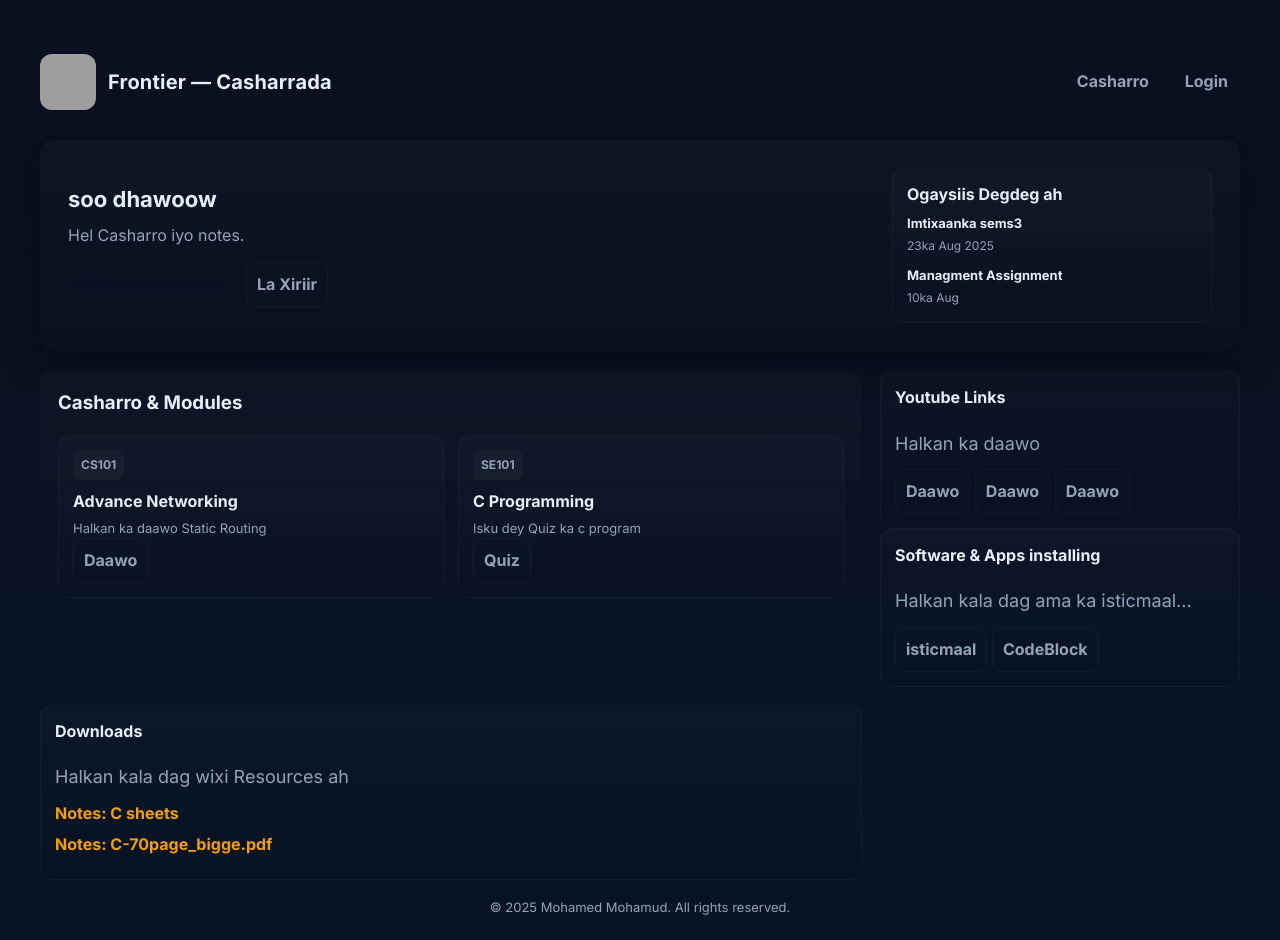
Repository: mrfiiqane/Al-Tacaawun.com
Page: index.html
An editor plug-in stored every save of this project. The page is shown before and after the next save, followed by the edit.
The browser window is 1280 px wide. The pictures show the whole page.
Pictures or frames that could not be fetched are drawn as grey boxes.

Above is the page before, as saved 2025-08-12 09:02:39.

### index.html
<!doctype html>
<html lang="en">
<head>
  <meta charset="utf-8" />
  <meta name="viewport" content="width=device-width,initial-scale=1" />
  <title>Jaamacadda — Casharrada</title>
  <link rel="stylesheet" href="./style.css">

  <!-- Google Font (optional) -->
  <link href="https://fonts.googleapis.com/css2?family=Inter:wght@300;400;600;700&display=swap" rel="stylesheet">

</head>
<body>
  <div class="wrap">

    <header>
      <div class="brand">
        <div class="logo"></div>
        <div>
          <h1 class="site-title">Frontier — Casharrada</h1>
        </div>
      </div>

      <nav aria-label="Primary">
        <a href="#courses">Casharro</a>
        <a href="./Singin.html">Login</a>
      </nav>
    </header>

    <section class="hero">
      <div class="hero-left">

        <h2>soo dhawoow</h2>
        <p>Hel Casharro iyo notes.</p>

        <div class="cta-row">
          <a class="btn" href="#courses">Daawo Casharrada</a>
          <a class="btn secondary" href="#contact">La Xiriir</a>
        </div>
      </div>

      <div class="hero-right card">
        <h4 style="margin:0 0 8px 0">Ogaysiis Degdeg ah</h4>
        <ul class="ann-list">
          <li class="ann"><div><b>Imtixaanka sems3</b><small> 23ka Aug 2025</small></div></li>
          <li class="ann"><div><b>Managment Assignment</b><small> 10ka Aug</small></div></li>
        </ul>
      </div>
    </section>

    <div class="grid">
      <main>
        <!-- Courses -->
        <div id="courses" class="section">
          <h3 style="margin-top:0">Casharro & Modules</h3>
          <div class="courses">
            <article class="course">
              <span class="code">CS101</span>
              <h3>Advance Networking</h3>
              <p>Halkan ka daawo Static Routing</p>
              <a class="btn secondary" href="https://youtu.be/i_kWL7zncr0?si=UCBDJ3CswC6rXT9E" >Daawo</a>
            </article>
            <article class="course">
              <span class="code">SE101</span>
              <h3>C Programming</h3>
              <p>Isku dey Quiz ka c program</p>
              <a class="btn secondary" href="https://quiz-with-c.vercel.app/" >Quiz</a>
            </article>



          </div>
        </div>



      </main>

      <!-- Sidebar -->
      <aside>
        <div class="card">
          <h4 style="margin-top:0">Youtube Links</h4>
          <p class="site-sub">Halkan ka daawo</p>
          <ul style="margin:12px 0 0 0; padding:0; list-style:none;">
            <a class="btn secondary" href="https://youtu.be/eYBJgoVVvV4" >Daawo</a>
            <a class="btn secondary" href="https://youtu.be/OuTGAZUUJFI" >Daawo</a>
            <a class="btn secondary" href="https://youtu.be/sqkx3KoNXKo" >Daawo</a>
          </ul>
        </div>
        <div class="card">
          <h4 style="margin-top:0">Software & Apps installing</h4>
          <p class="site-sub">Halkan kala dag ama ka isticmaal...</p>
          <ul style="margin:12px 0 0 0; padding:0; list-style:none;">
            <a class="btn secondary" href="https://www.programiz.com/c-programming/online-compiler/" >isticmaal</a>
            <a class="btn secondary" href="https://sourceforge.net/projects/codeblocks/files/Binaries/25.03/Windows/codeblocks-25.03mingw-setup.exe/download" >CodeBlock</a>

          </ul>
        </div>

      </aside>
      <aside>
        <div class="card">
          <h4 style="margin-top:0">Downloads</h4>
          <p class="site-sub">Halkan kala dag wixi Resources ah</p>
          <ul style="margin:12px 0 0 0; padding:0; list-style:none;">
            <li style="margin-bottom:8px"><a href="./images/cheat_sheet_c.pdf" download="" style="color:var(--accent); text-decoration:none; font-weight:700">Notes: C sheets</a></li>
            <li style="margin-bottom:8px"><a href="./images/C-70page-begginers.pdf" download="" style="color:var(--accent); text-decoration:none; font-weight:700">Notes: C-70page_bigge.pdf</a></li>
          </ul>
        </div>

      </aside>
    </div>

    <footer>
      © <span id="year"></span> 2025 Mohamed Mohamud. All rights reserved.
    </footer>

  </div>

</body>
</html>

### style.css
:root{
      --bg:#0f1724;
      --card:#0b1220;
      --accent:#F59E0B;
      --muted:#94a3b8;
      --glass: rgba(255,255,255,0.04);
      --radius:14px;
      --maxw:1200px;
      font-family: "Inter", system-ui, -apple-system, "Segoe UI", Roboto, "Helvetica Neue", Arial;
    }
    *{box-sizing:border-box}
    html,body{
      height:80%
      width:80%
    }
    body{
      margin:0;
      background: linear-gradient(180deg,#0a101f 10%, #081424 80%);
      color:#e6eef8;
      -webkit-font-smoothing:antialiased;
      -moz-osx-font-smoothing:grayscale;  /* //waa maxay */
      line-height:1.45;
      padding:24px;
      display:flex;
      justify-content:center;
    }
    .wrap{
      width:100%;
      max-width:var(--maxw);

    }

    /* Header */
    header{
      display:flex;
      align-items:center;
      justify-content:space-between;
      gap:16px;
      margin: 30px auto;
    }
    .brand{
      display:flex;
      align-items:center;
      gap:12px;
    }
    .logo{
      background-image: url('https://encrypted-tbn0.gstatic.com/images?q=tbn:ANd9GcTuMOF6fEdt8Zlo2HOTVPE4MufJVdZzyfTKlA&s');
      background-size:cover;
      background-position:center;
      background-repeat:no-repeat;
      width:56px;
      height:56px;
      border-radius:12px;
      display:flex;
      align-items:center;
      justify-content:center;
      font-weight:700;
      font-size:20px;
    }
    h1.site-title{
      margin:0;
      font-size:20px;
      letter-spacing:0.2px;
    }
    p.site-sub{ margin:0; color:var(--muted); font-size:18px }

    nav{
      display:flex;
      gap:12px;
      align-items:center;
    }
    nav a{
      color:var(--muted);
      text-decoration:none;
      font-weight:800;
      padding:8px 12px;
      border-radius:10px;
    }
    nav a:hover{ color:#fff; background:var(--glass) }

    /* Hero */
    .hero{
      background: linear-gradient(180deg, rgba(255,255,255,0.02), transparent);
      border-radius: var(--radius);
      padding:28px;
      display:flex;
      gap:24px;
      align-items:center;
      margin-bottom:20px;
      box-shadow: 0 10px 30px rgba(2,6,23,0.6);
    }
    .hero-left{flex:1}
    .hero-right{ width:320px; min-width:220px }
    .hero h2{ margin:0 0 8px 0; font-size:22px }
    .hero p{ margin:0 0 14px 0; color:var(--muted) }

    .cta-row{ display:flex; gap:10px; align-items:center }
    .btn{
      background:transparent;
      color:#081028;
      padding:10px;
      border-radius:10px;
      font-weight:700;
      border:none;
      cursor:pointer;
      text-decoration:none;
      display:inline-block;
    }
    .btn.secondary{
      background:transparent;
      color:var(--muted);
      border:1px solid rgba(255,255,255,0.04);
    }

    /* Grid */
    .grid{
      display:grid;
      gap:18px;
      grid-template-columns: 1fr 360px;
    }

    /* Main content */
    main{ background:transparent }
    .section{
      background: linear-gradient(180deg, rgba(255,255,255,0.02), transparent);
      padding:18px;
      border-radius:12px;
      margin-bottom:16px;
    }

    /* Courses */
    .courses{
      display:grid;
      grid-template-columns: repeat(auto-fit,minmax(230px,1fr));
      gap:14px;
    }
    .course{
      background:linear-gradient(180deg, rgba(255,255,255,0.02), transparent);
      padding:14px;
      border-radius:12px;
      border:1px solid rgba(255,255,255,0.03);
      transition:transform .18s ease, box-shadow .18s ease;
    }
    .course:hover{ transform:translateY(-6px); box-shadow:0 12px 30px rgba(2,6,23,0.6) }
    .code{
      display:inline-block;
      background:rgba(255,255,255,0.03);
      padding:6px 8px;
      border-radius:8px;
      color:var(--muted);
      font-weight:700;
      font-size:12px;
    }
    .course h3{ margin:10px 0 6px 0; font-size:16px }
    .course p{ margin:0; color:var(--muted); font-size:13px }

    /* Sidebar cards */
    .card{
      background: linear-gradient(180deg, rgba(255,255,255,0.02), transparent);
      padding:14px;
      border-radius:12px;
      border:1px solid rgba(255,255,255,0.03);
    }
    .ann-list{ list-style:none; margin:0; padding:0; display:flex; flex-direction:column; gap:10px }
    .ann{
      display:flex; gap:10px; align-items:flex-start;
    }
    .ann b{ display:block; font-size:13px }
    .ann small{ color:var(--muted); font-size:12px }

    footer{
      margin-top:18px; text-align:center; color:var(--muted); font-size:13px;
    }

    /* Responsive */
    @media (max-width:768px){
    header{
      display:block;
      align-items:center;
      justify-content:space-around;
      gap:5px;
      margin-bottom:22px;
    }
    .hero, .grid{
      display: flex;
      flex-direction: column;
    }

    nav{
      gap:5px;
      justify-content: end;
    }
    .btn{
      padding:10px;
    }

    }

After the next save:
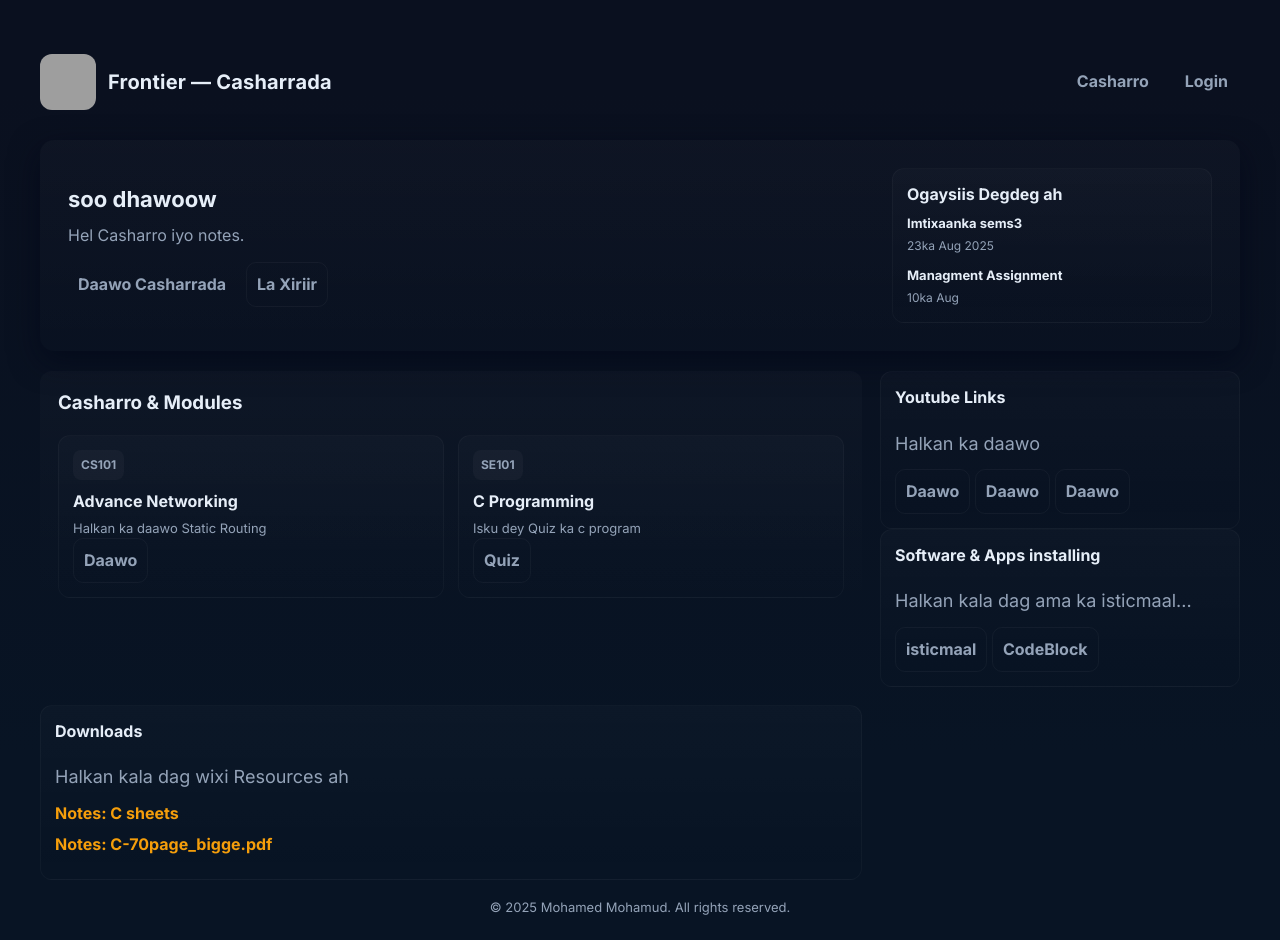
Saved 20 s later.
--- a/style.css
+++ b/style.css
@@ -97,7 +97,7 @@
     .cta-row{ display:flex; gap:10px; align-items:center }
     .btn{
       background:transparent;
-      color:#081028;
+      color:var(--muted);
       padding:10px;
       border-radius:10px;
       font-weight:700;
